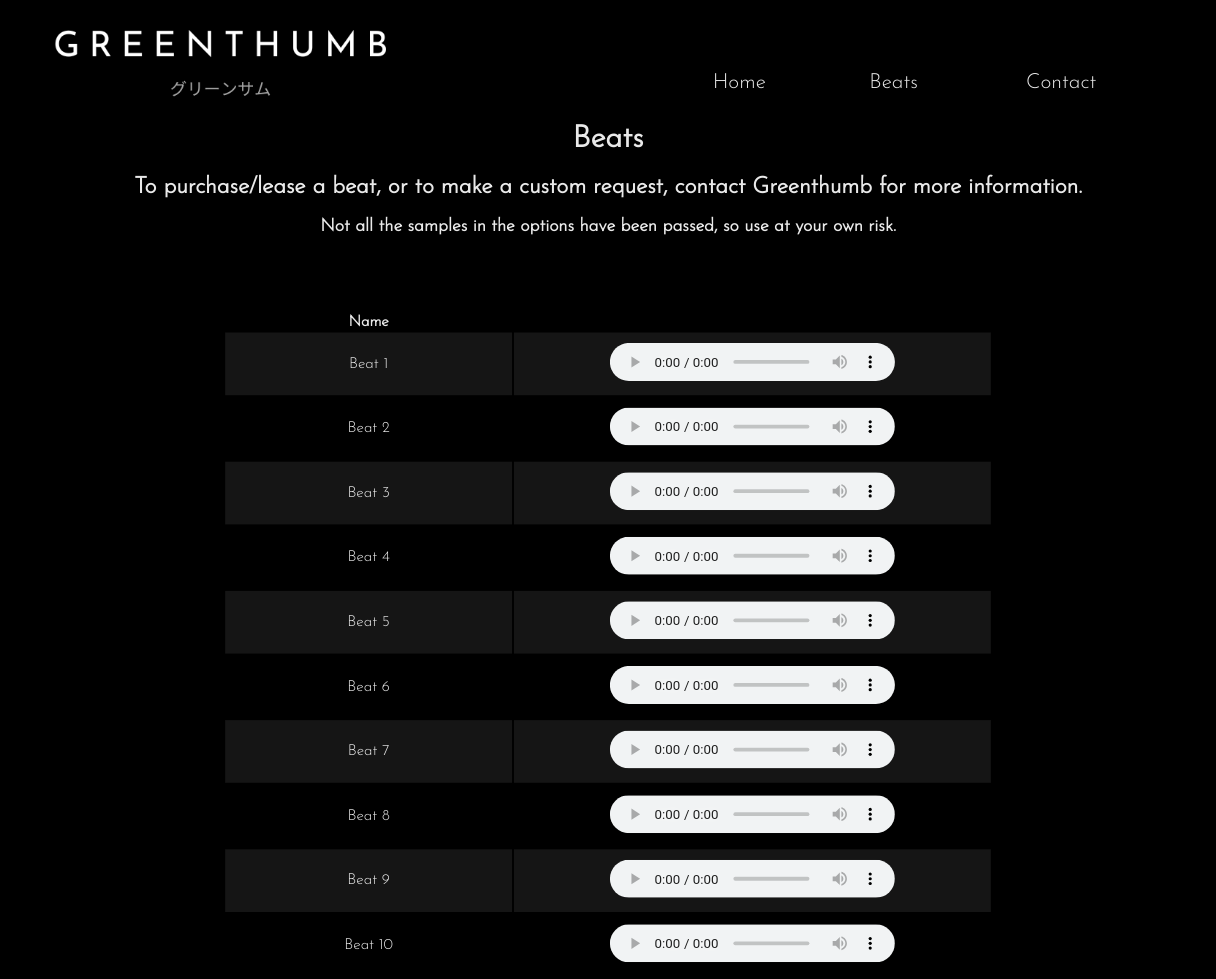
Repository: shayanabedi98/Greenthumb
Page: beats.html
The author's editor kept a copy of each file at every save. The page is drawn from the files as they stood at one save, then again after the next save.
The browser window is 1280 px wide. The pictures show the whole page, at 95% of full size.

Above is the page before, as saved 2023-08-17 16:45:44.

### beats.html
<!DOCTYPE html>
<html lang="en">
<head>
    <meta charset="UTF-8">
    <meta name="viewport" content="width=device-width, initial-scale=1.0">
    <title>Beats</title>
    <link rel="stylesheet" href="styles.css">
    <link href="https://fonts.googleapis.com/css2?family=Josefin+Sans:wght@300&display=swap" rel="stylesheet">
</head>
<body>
    <div class="header">
        <header>
            <nav>
                <a href="index.html"><img src="resources/logo.png" alt="Greenthumb Logo"></a>
                <ul>
                    <li><a href="index.html">Home</a></li>
                    <li><a href="beats.html">Beats</a></li>
                    <li><a href="contact.html">Contact</a></li>
                </ul>
            </nav>
        </header>
    </div>
    <div class="beats">
        <h1>Beats</h1>
        <h2>To purchase/lease a beat, or to make a custom request, contact Greenthumb for more information.</h2>
        <h3>Not all the samples in the options have been passed, so use at your own risk.</h3>
        <table align="center">
            <tr>
                <th>Name</th>
                <th></th>
            </tr>
            <tr bgcolor="15, 15, 15">
                <td width="300">Beat 1</td>
                <td width="500"><audio controlsList="nodownload" controls src="resources/audio/Beat 1.mp3"></audio></td>
            </tr>
            <tr>
                <td width="300">Beat 2</td>
                <td width="500"><audio controlsList="nodownload" controls src="resources/audio/Beat 2.mp3"></audio></td>
            </tr>
            <tr bgcolor="15, 15, 15">
                <td width="300">Beat 3</td>
                <td width="500"><audio controlsList="nodownload" controls src="resources/audio/Beat 3.mp3"></audio></td>
            </tr>
            <tr>
                <td width="300">Beat 4</td>
                <td width="500"><audio controlsList="nodownload" controls src="resources/audio/Beat 4.mp3"></audio></td>
            </tr>
            <tr bgcolor="15, 15, 15">
                <td width="300">Beat 5</td>
                <td width="500"><audio controlsList="nodownload" controls src="resources/audio/Beat 5.mp3"></audio></td>
            </tr>
            <tr>
                <td width="300">Beat 6</td>
                <td width="500"><audio controlsList="nodownload" controls src="resources/audio/Beat 6.mp3"></audio></td>
            </tr>
            <tr bgcolor="15, 15, 15">
                <td width="300">Beat 7</td>
                <td width="500"><audio controlsList="nodownload" controls src="resources/audio/Beat 7.mp3"></audio></td>
            </tr>
            <tr>
                <td width="300">Beat 8</td>
                <td width="500"><audio controlsList="nodownload" controls src="resources/audio/Beat 8.mp3"></audio></td>
            </tr>
            <tr bgcolor="15, 15, 15">
                <td width="300">Beat 9</td>
                <td width="500"><audio controlsList="nodownload" controls src="resources/audio/Beat 9.mp3"></audio></td>
            </tr>
            <tr>
                <td width="300">Beat 10</td>
                <td width="500"><audio controlsList="nodownload" controls src="resources/audio/Beat 10.mp3"></audio></td>
            </tr>
        </table>
    </div>
</body>
</html>

### styles.css
/* All pages */

body {
    margin: 0;
    padding: 0;
    background-color: black;
    color: rgb(233, 233, 233);
    font-family: 'Josefin Sans', sans-serif;
}

nav {
    height: 110px;
}

nav img {
    height: 100px;
    position: absolute;
    transform: translateY(-10px);
}

nav ul {
    list-style: none;
    text-align: right;
    transform: translate(-100px, 0px);
}

nav li {
    display: inline-block;
    text-align: center;
    margin: 0 20px;
}

nav a {
    text-decoration: none;
    width: 40px;
    display: block;
    padding: 20px;
    margin: 0 20px;
    font-size: 22px;
    color: rgb(233, 233, 233);
}

nav a:hover {
    color: rgb(150, 150, 150) !important;
    transition: 0.2s;
    text-decoration: underline;
}

nav a:visited {
    text-decoration: none;
    color: rgb(233, 233, 233);
}

footer nav ul {
    text-align: center;
    transform: translateY(0);
}

/* Home page */

.banner {
    text-align: center;
    width: 100%;
    height: 600px;
}

.banner video {
    object-fit: cover;
    object-position: 50% 100%;
    height: 600px;
    width: 100%;
    opacity: 80%;
}

.banner-content {
    transform: translateY(-410px);
    width: 70%;
    margin: auto;
}

.banner-content h1:hover{
    font-size: 50px;
    color: rgb(179, 179, 179);
    transition: 2s;
}

.banner-content h1:not(:hover) {
    transition: 1s;
}

.banner-content h1 {
    font-size: 46px;
    opacity: 90%;
}

.banner-content h2 {
    font-size: 30px;
    opacity: 90%;
}

.container {
    text-align: center;
    background-color: rgb(0, 0, 0);
    padding: 25px 0 60px 0;
}

.card {
    text-align: center;
    display: inline-block;
    background-color: rgb(19, 19, 19);
    border-radius: 5px;
    width: 350px;
    padding-top: 15px;
    height: 380px;
    margin: 0 20px;
    border: 2px solid rgb(19, 19, 19);
    box-shadow: 0 0 3px 0 rgb(82, 82, 82);
}

.container h3 {
    font-size: 32px;
}

.card img {
    height: 300px;
    width: 300px;
}

.card:hover {
    border: 2px solid rgba(85, 85, 85, 0.5);
    background-color: black;
    transition: ease-in-out 0.6s;
}

.card:not(:hover) {
    transition: ease-in-out 0.3s;
}

.listen {
    text-align: center;
    background-color: rgb(22, 22, 22);
}

.listen h5 {
    font-size: 30px;
}

.listen-video {
    display: inline-block;
    width: 49%;
    height: 70%;
    vertical-align: top;
    margin: 50px auto;
}

.listen-video video {
    width: 40%;
    height: 100%;
    box-shadow: 0 0 10px 0 black;
}

.listen-video video:hover {
    box-shadow: 0 0 20px 0 rgb(59, 59, 59);
    border-radius: 50%;
    transition: 1s;
}

.listen-video video:not(:hover) {
    transition: 1s;
}

.listen-content {
    display: inline-block;
    width: 50%;
    text-align: center;
    vertical-align: top;
    margin: 50px auto;
}

.listen-content img {
    height: 100px;
    display: block;
}

.listen-content h5 {
    margin-top: 0;
}

.listen-content p {
    font-size: 26px;
    width: 80%;
    margin-left: 10%;
    line-height: 30px;
}

#spotify {
    height: 100px;
    display: inline-block;
    transform: translateY(16px);
}

#apple {
    height: 70px;
    display: inline-block;
}

.song-link {
    margin: 0 20px;
}

/* Beats page */
.beats {
    text-align: center;
}

.beats h3 {
    margin-bottom: 80px;
}

audio {
    height: 40px;
    padding: 10px;
}
/* Contact page */

After the next save:
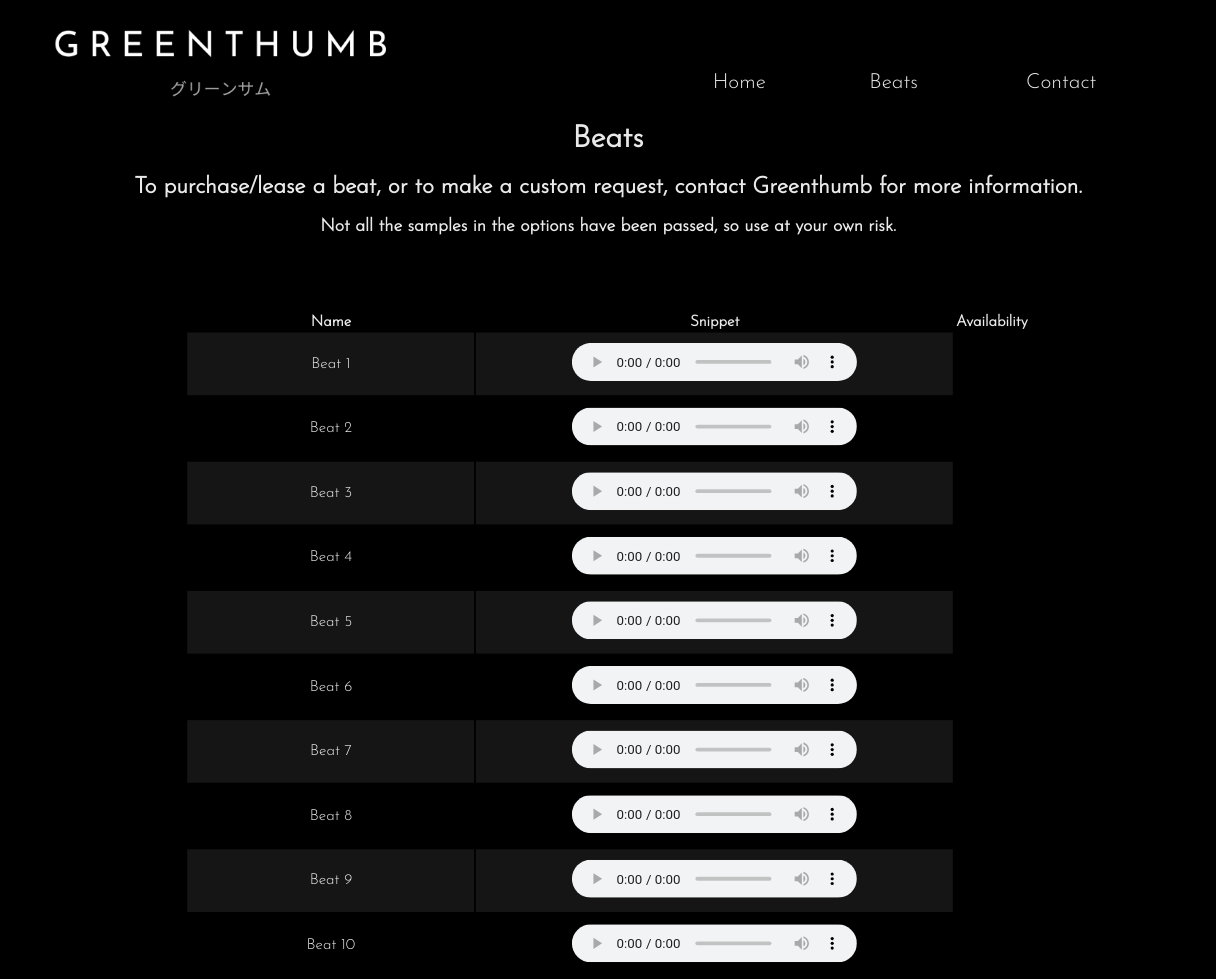
Saved 23 s later.
--- a/beats.html
+++ b/beats.html
@@ -27,7 +27,8 @@
         <table align="center">
             <tr>
                 <th>Name</th>
-                <th></th>
+                <th>Snippet</th>
+                <th>Availability</th>
             </tr>
             <tr bgcolor="15, 15, 15">
                 <td width="300">Beat 1</td>
